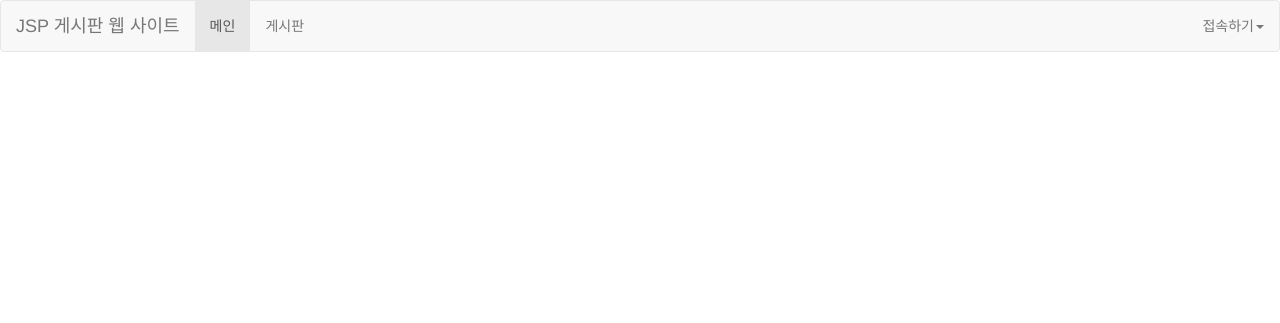
Repository: seung-kook/JSPBBS
Page: http://localhost/BBS/main.jsp
These files come from the project's save history. The page is drawn as it stood at one moment and after the next save; the edit follows.
The browser window is 1280 px wide. The pictures show the whole page.
Some web libraries are served in a nearby version. The page is served by Tomcat 9. Other server files are loaded and not shown.

Above is the page before, as saved 2022-01-28 11:30:12.

### BBS/src/main/webapp/main.jsp
<%@ page language="java" contentType="text/html; charset=UTF-8"
    pageEncoding="UTF-8"%>
<%@ page import="java.io.PrintWriter" %>
<!DOCTYPE html>
<html>
<head>
<meta http-equiv="Content-Type" content="text/html; charset=UTF-8">
<meta name="viewport" content="width=device-width, initial-scale=1">
<link rel="stylesheet" href="css/bootstrap.css">
<title>JSP 게시판 웹 사이트</title>
</head>
<body>
	<%
		String userID = null;
		if (session.getAttribute("userID") != null) {
			userID = (String) session.getAttribute("userID");
		}
	%>
	<nav class="navbar navbar-default">
		<div class="navbar-header">
			<button type="button" class="navbar-toggle collapsed"
				data-toggle="collapse" data-target="#bs-example-navbar-collapse-1"
				aria-expanded="false">
				<span class="icon-bar"></span>
				<span class="icon-bar"></span>
				<span class="icon-bar"></span>
			</button>
			<a class="navbar-brand" href="main.jsp">JSP 게시판 웹 사이트</a>
		</div>
		<div class="collapse navbar-collapse" id="bs-example-navbar-collapse-1">
			<ul class="nav navbar-nav">
				<li class="active"><a href="main.jsp">메인</a></li>
				<li><a href="bbs.jsp">게시판</a></li>
			</ul>
			<%
				if(userID == null) {
			%>
			<ul class="nav navbar-nav navbar-right">
				<li class="dropdown">
					<a href="#" class="dropdown-toggle"
						data-toggle="dropdown" role="button" aria-haspopup="true"
						aria-expanded="false">접속하기<span class="caret"></span></a>
					<ul class="dropdown-menu">
						<li><a href="login.jsp">로그인</a></li>
						<li><a href="join.jsp">회원가입</a></li>
					</ul>
				</li>
			</ul>
			<%
				} else {
			%>
			<ul class="nav navbar-nav navbar-right">
				<li class="dropdown">
					<a href="#" class="dropdown-toggle"
						data-toggle="dropdown" role="button" aria-haspopup="true"
						aria-expanded="false">회원관리<span class="caret"></span></a>
					<ul class="dropdown-menu">
						<li><a href="logoutAction.jsp">로그아웃</a></li>
					</ul>
				</li>
			</ul>
			<%
				}
			%>
		</div>
	</nav>
	<script src="https://code.jquery.com/jquery-3.1.1.min.js"></script>
	<script src="js/bootstrap.js"></script>
</body>
</html>

Loaded but not shown: BBS/src/main/webapp/css/bootstrap.css (library); BBS/src/main/webapp/js/bootstrap.js (library)

After the next save:
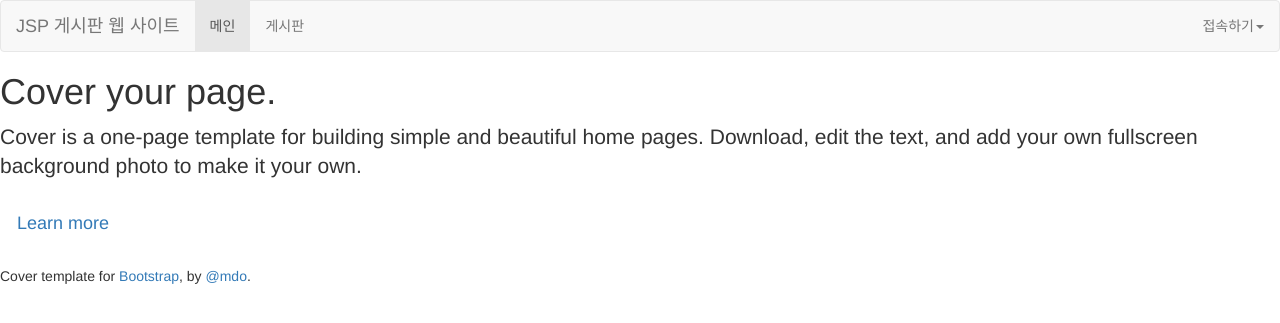
Saved 8 min 31 s later.
--- a/BBS/src/main/webapp/main.jsp
+++ b/BBS/src/main/webapp/main.jsp
@@ -64,6 +64,19 @@
 			%>
 		</div>
 	</nav>
+
+	  <main class="px-3">
+    <h1>Cover your page.</h1>
+    <p class="lead">Cover is a one-page template for building simple and beautiful home pages. Download, edit the text, and add your own fullscreen background photo to make it your own.</p>
+    <p class="lead">
+      <a href="#" class="btn btn-lg btn-secondary fw-bold border-white bg-white">Learn more</a>
+    </p>
+  </main>
+
+  <footer class="mt-auto text-white-50">
+    <p>Cover template for <a href="https://getbootstrap.com/" class="text-white">Bootstrap</a>, by <a href="https://twitter.com/mdo" class="text-white">@mdo</a>.</p>
+  </footer>
+</div>
 	<script src="https://code.jquery.com/jquery-3.1.1.min.js"></script>
 	<script src="js/bootstrap.js"></script>
 </body>
